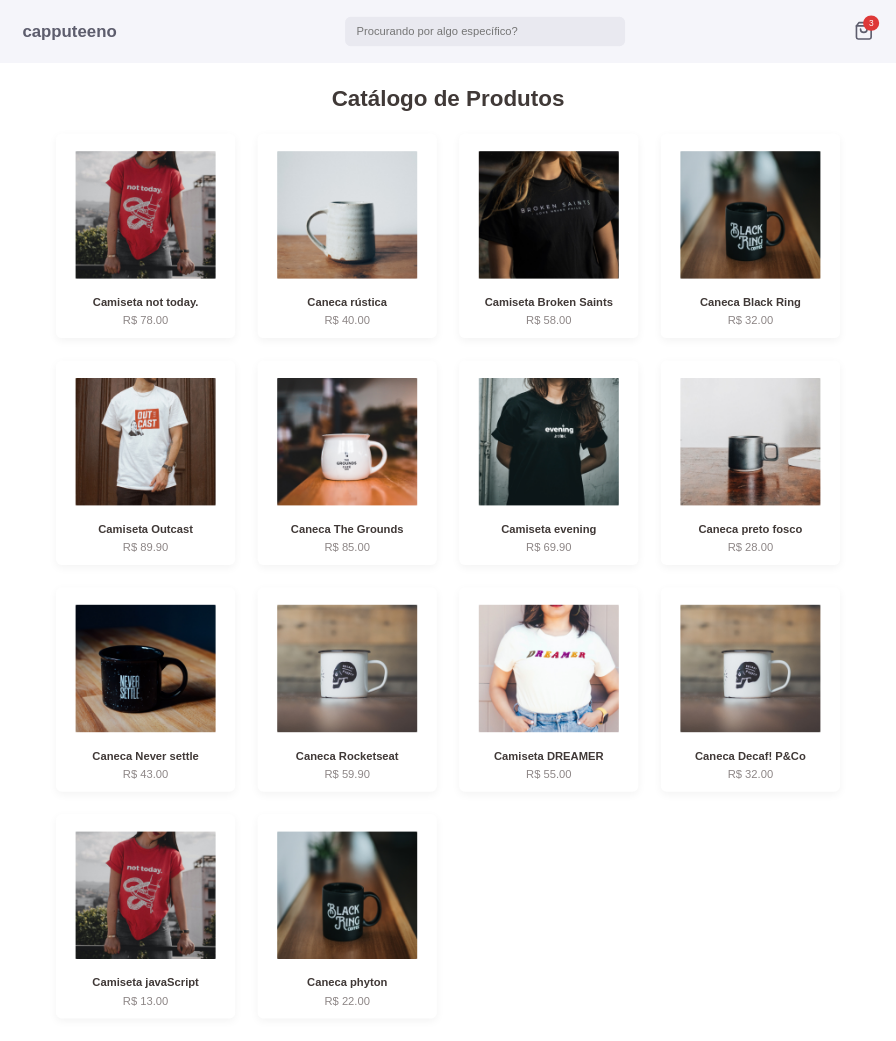
Repository: Biel-barbosa/capputeenoecomerce
Page: /
The author's editor kept a copy of each file at every save. The page is drawn from the files as they stood at one save, then again after the next save.
The browser window is 1280 px wide. The pictures show the part of the page from y = 0 to 1920 px (the page is 1487 px tall before and 3703 px after), at 70% of full size.
The project was rebuilt for these pictures with package versions that can differ from the ones it lists, and the page was loaded fresh each time. The framework's server and built-in components were replaced by stand-ins that run in the browser. Also part of the build but not shown: next.config.ts.

Above is the page before, as saved 2025-04-22 19:15:30.

After the next save:
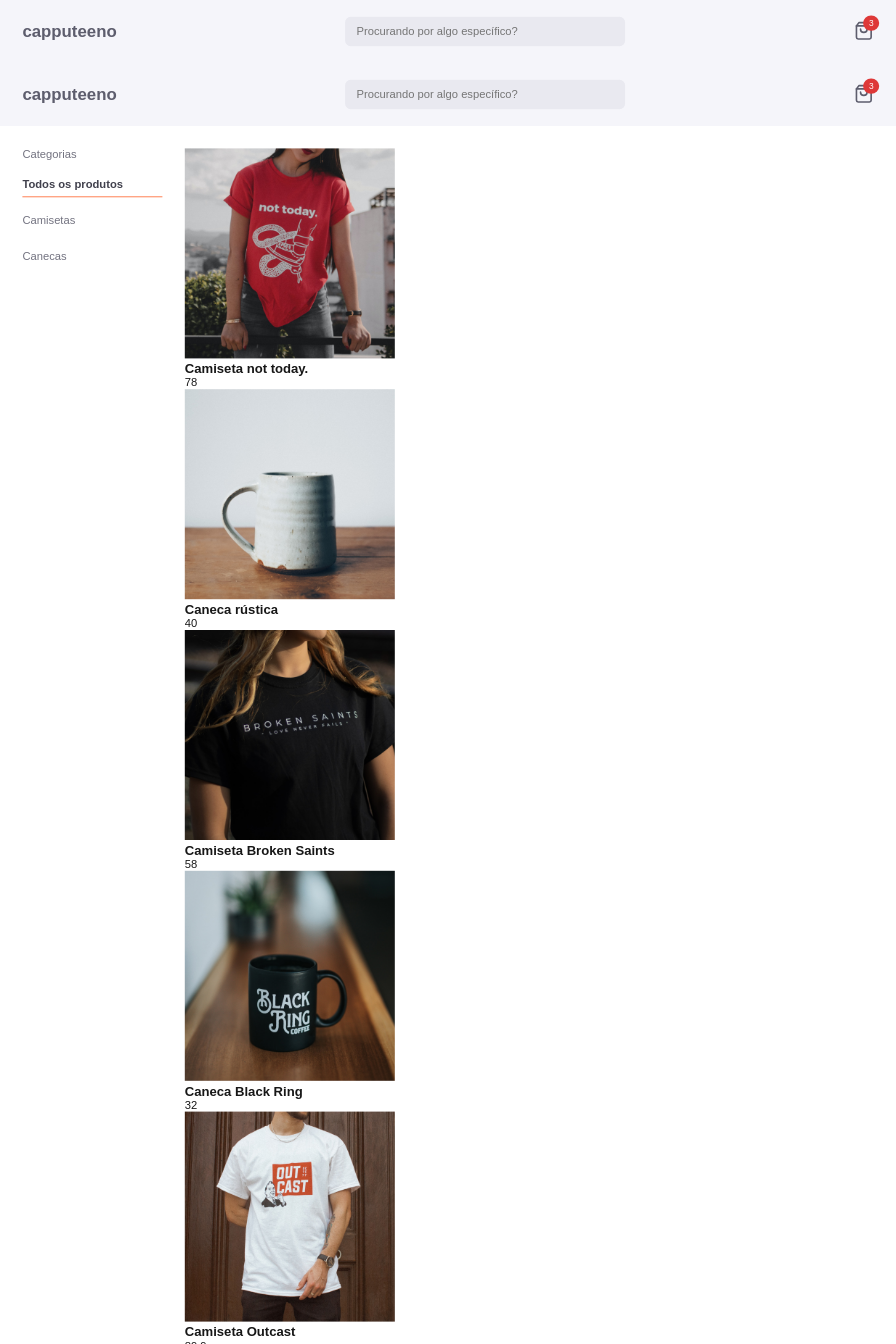
Saved 2 min 5 s later.
--- a/src/app/page.tsx
+++ b/src/app/page.tsx
@@ -1,71 +1,65 @@
 'use client';
-
+import { useState, useMemo } from 'react';
 import styled from 'styled-components';
-import { products } from '../data/products';
+import Header from '../components/Header';
+import CategoryFilter from '../components/CategoryFilter';
+import ProductsList from '../components/ProductsList';
+import { products as allProducts } from '../data/products'; // seus produtos mockados
+import { Product } from '../data/products';
 
 const Container = styled.main`
   padding: 2rem;
   display: flex;
   flex-direction: column;
-  align-items: center;
+  gap: 2rem;
 `;
 
-const Title = styled.h1`
-  font-size: 2rem;
-  color: #403937;
-  margin-bottom: 2rem;
+const ContentWrapper = styled.section`
+  display: flex;
+  gap: 2rem;
+  width: 100%;
+
+  @media (max-width: 768px) {
+    flex-direction: column;
+  }
 `;
 
-const ProductGrid = styled.div`
-  display: grid;
-  grid-template-columns: repeat(auto-fill, minmax(250px, 1fr));
-  gap: 2rem;
-  width: 100%;
-  max-width: 1120px;
+const MainContent = styled.div`
+  flex: 1;
 `;
 
-const Card = styled.div`
-  background: white;
-  padding: 1rem;
-  border-radius: 8px;
-  box-shadow: 0 4px 12px rgba(0, 0, 0, 0.05);
-  display: flex;
-  flex-direction: column;
-  align-items: center;
-`;
+const HomePage = () => {
+  const [selectedCategory, setSelectedCategory] = useState('all');
+  const [searchTerm, setSearchTerm] = useState('');
 
-const Image = styled.img`
-  width: 100%;
-  max-width: 200px;
-  height: 200px;
-  object-fit: contain;
-  margin-bottom: 1rem;
-`;
+  // Filtro combinado: por categoria + nome
+  const filteredProducts = useMemo(() => {
+    return allProducts.filter((product: Product) => {
+      const matchesCategory =
+        selectedCategory === 'all' || product.category === selectedCategory;
+      const matchesSearch = product.title
+        .toLowerCase()
+        .includes(searchTerm.toLowerCase());
+      return matchesCategory && matchesSearch;
+    });
+  }, [selectedCategory, searchTerm]);
 
-const Name = styled.p`
-  font-size: 1rem;
-  font-weight: bold;
-  color: #403937;
-`;
+  return (
+    <>
+      <Header onSearch={setSearchTerm} />
+      <Container>
+        <ContentWrapper>
+          <CategoryFilter
+            selectedCategory={selectedCategory}
+            onSelectCategory={setSelectedCategory}
+          />
+          <MainContent>
+            <ProductsList products={filteredProducts} />
+          </MainContent>
+        </ContentWrapper>
+      </Container>
+    </>
+  );
+};
 
-const Price = styled.span`
-  margin-top: 0.5rem;
-  color: #8d8686;
-`;
-
-export default function Home() {
-  return (
-    <Container>
-      <Title>Catálogo de Produtos</Title>
-      <ProductGrid>
-        {products.map((product) => (
-          <Card key={product.id}>
-            <Image src={product.image} alt={product.title} />
-            <Name>{product.title}</Name>
-            <Price>R$ {product.price.toFixed(2)}</Price>
-          </Card>
-        ))}
-      </ProductGrid>
-    </Container>
-  );
-}
+export default HomePage;
